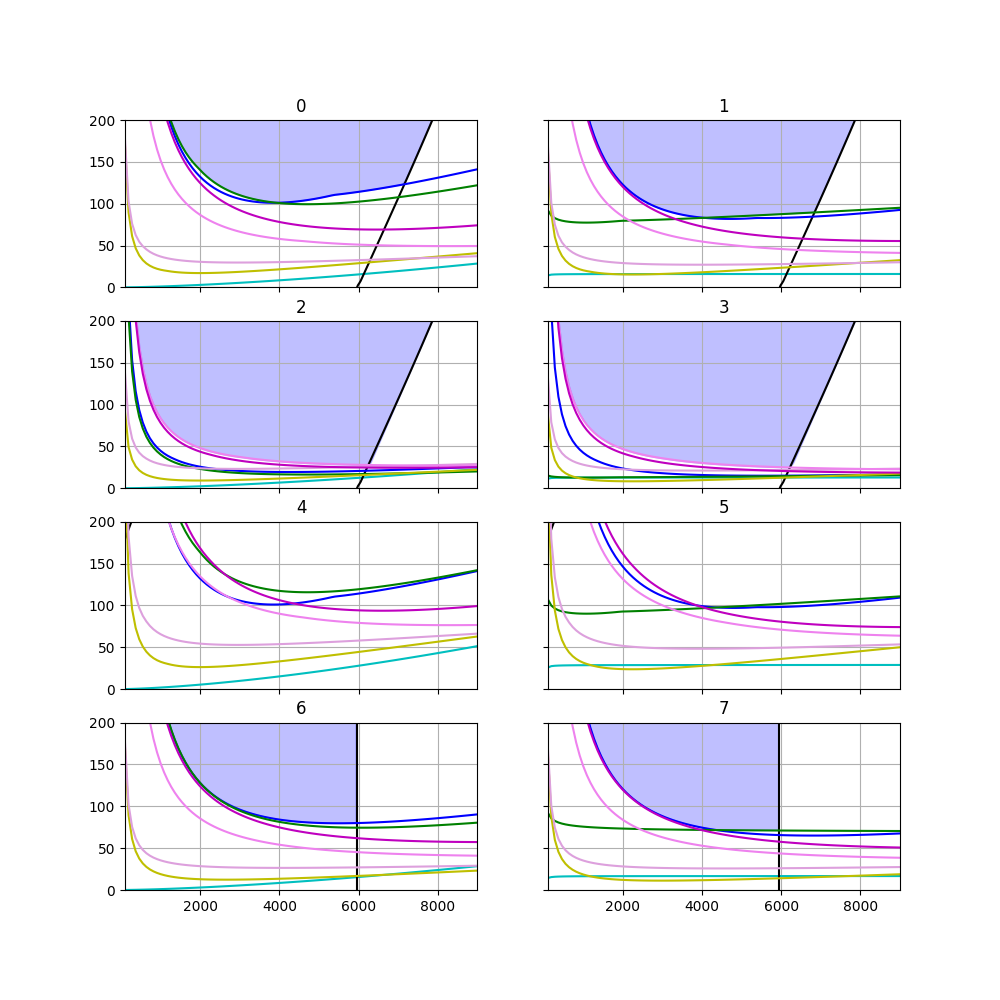
Repository: 12libao/DEA
Script's output: python Sizing_Method/ConstrainsAnalysis/ConstrainsAnalysisPDP1P2.py
The author's editor kept a copy of each file at every save. The script's output is drawn from the files as they stood at one save, then again after the next save.
Random numbers start from a fixed seed.

Above is the script's output before, as saved 2021-07-12 14:39:10.

### Sizing_Method/ConstrainsAnalysis/ConstrainsAnalysisPDP1P2.py
# author: Bao Li #
# Georgia Institute of Technology #
import sys
import os

sys.path.insert(0, os.getcwd())

import numpy as np
import matplotlib.pylab as plt
import Sizing_Method.Other.US_Standard_Atmosphere_1976 as atm
import Sizing_Method.Aerodynamics.ThrustLapse as thrust_lapse
import Sizing_Method.Aerodynamics.Aerodynamics as ad
import Sizing_Method.ConstrainsAnalysis.ConstrainsAnalysis as ca


"""
The unit use is IS standard
"""


class ConstrainsAnalysis_Mattingly_Method_with_DP_turbofun:
    """This is a power-based master constraints analysis"""

    def __init__(self, altitude, velocity, beta, wing_load, Hp=0.5, number_of_motor=12, C_DR=0):
        """

        :param beta: weight fraction
        :param Hp: P_motor/P_total
        :param n: number of motor
        :param K1: drag polar coefficient for 2nd order term
        :param K2: drag polar coefficient for 1st order term
        :param C_D0: the drag coefficient at zero lift
        :param C_DR: additional drag caused, for example, by external stores,
        braking parachutes or flaps, or temporary external hardware

        :return:
            power load: P_WTO
        """

        self.h = altitude
        self.v = velocity
        self.rho = atm.atmosphere(geometric_altitude=self.h).density()

        self.beta = beta
        self.hp = 1 - Hp
        self.n = number_of_motor

        # power lapse ratio
        self.alpha = thrust_lapse.thrust_lapse_calculation(altitude=self.h,
                                                           velocity=self.v).high_bypass_ratio_turbofan()

        self.k1 = ad.aerodynamics_without_pd(self.h, self.v).K1()
        self.k2 = ad.aerodynamics_without_pd(self.h, self.v).K2()
        self.cd0 = ad.aerodynamics_without_pd(self.h, self.v).CD_0()
        self.cdr = C_DR

        self.w_s = wing_load
        self.g0 = 9.80665

        self.coefficient = self.beta * self.v / self.alpha

        # Estimation of ΔCL and ΔCD
        pd = ad.aerodynamics_with_pd(
            self.h, self.v, Hp=self.hp, n=n, W_S=self.w_s)
        self.q = 0.5 * self.rho * self.v ** 2
        self.cl = self.beta * self.w_s / self.q
        # print(self.cl)
        self.delta_cl = pd.delta_lift_coefficient(self.cl)
        self.delta_cd0 = pd.delta_CD_0()

    def master_equation(self, n, dh_dt, dV_dt):
        cl = self.cl * n + self.delta_cl

        cd = self.k1 * cl ** 2 + self.k2 * cl + self.cd0 + self.cdr + self.delta_cd0
        p_w = self.coefficient * \
            (self.q / (self.beta * self.w_s) *
             cd + dh_dt / self.v + dV_dt / self.g0)
        return p_w

    def cruise(self):
        p_w = ConstrainsAnalysis_Mattingly_Method_with_DP_turbofun.master_equation(
            self, n=1, dh_dt=0, dV_dt=0)
        return p_w

    def climb(self, roc):
        p_w = ConstrainsAnalysis_Mattingly_Method_with_DP_turbofun.master_equation(
            self, n=1, dh_dt=roc, dV_dt=0)
        return p_w

    def level_turn(self, turn_rate=3, v=100):
        """
        assume 2 min for 360 degree turn, which is 3 degree/seconds
        assume turn at 300 knots, which is about 150 m/s
        """
        load_factor = (1 + ((turn_rate * np.pi / 180)
                       * v / self.g0) ** 2) ** 0.5
        p_w = ConstrainsAnalysis_Mattingly_Method_with_DP_turbofun.master_equation(
            self, n=load_factor, dh_dt=0, dV_dt=0)
        return p_w

    def take_off(self):
        """
        A320neo take-off speed is about 150 knots, which is about 75 m/s
        required runway length is about 2000 m
        K_TO is a constant greater than one set to 1.2 (generally specified by appropriate flying regulations)
        """
        Cl_max_to = 2.3  # 2.3
        K_TO = 1.2  # V_TO / V_stall
        s_G = 1266
        p_w = 2 / 3 * self.coefficient / self.v * self.beta * K_TO ** 2 / (
            s_G * self.rho * self.g0 * Cl_max_to) * self.w_s ** (
            3 / 2)
        return p_w

    def stall_speed(self, V_stall_to=65, Cl_max_to=2.3):
        V_stall_ld = 62

        Cl_max_ld = 2.87

        W_S_1 = 1 / 2 * self.rho * V_stall_to ** 2 * \
            (Cl_max_to + self.delta_cl)
        W_S_2 = 1 / 2 * self.rho * V_stall_ld ** 2 * \
            (Cl_max_ld + self.delta_cl)

        W_S = min(W_S_1, W_S_2)
        return W_S

    def service_ceiling(self, roc=0.5):
        p_w = ConstrainsAnalysis_Mattingly_Method_with_DP_turbofun.master_equation(
            self, n=1, dh_dt=roc, dV_dt=0)
        return p_w

    allFuncs = [take_off, stall_speed, cruise,
                service_ceiling, level_turn, climb]


class ConstrainsAnalysis_Mattingly_Method_with_DP_electric:
    """This is a power-based master constraints analysis

    the difference between turbofun and electric for constrains analysis:
    1. assume the thrust_lapse = 1 for electric propution
    2. hp = 1 - hp_turbofun
    """

    def __init__(self, altitude, velocity, beta, wing_load, Hp=0.5, number_of_motor=12, C_DR=0):
        """

        :param beta: weight fraction
        :param Hp: P_motor/P_total
        :param n: number of motor
        :param K1: drag polar coefficient for 2nd order term
        :param K2: drag polar coefficient for 1st order term
        :param C_D0: the drag coefficient at zero lift
        :param C_DR: additional drag caused, for example, by external stores,
        braking parachutes or flaps, or temporary external hardware

        :return:
            power load: P_WTO
        """

        self.h = altitude
        self.v = velocity
        self.rho = atm.atmosphere(geometric_altitude=self.h).density()

        self.beta = beta
        self.hp = Hp  # this is the difference part compare with turbofun
        self.n = number_of_motor

        # power lapse ratio
        self.alpha = 1  # this is the difference part compare with turbofun

        self.k1 = ad.aerodynamics_without_pd(self.h, self.v).K1()
        self.k2 = ad.aerodynamics_without_pd(self.h, self.v).K2()
        self.cd0 = ad.aerodynamics_without_pd(self.h, self.v).CD_0()
        self.cdr = C_DR

        self.w_s = wing_load
        self.g0 = 9.80665

        self.coefficient = self.beta * self.v / self.alpha

        # Estimation of ΔCL and ΔCD
        pd = ad.aerodynamics_with_pd(
            self.h, self.v, Hp=self.hp, n=n, W_S=self.w_s)
        self.q = 0.5 * self.rho * self.v ** 2
        self.cl = self.beta * self.w_s / self.q
        # print(self.cl)
        self.delta_cl = pd.delta_lift_coefficient(self.cl)
        self.delta_cd0 = pd.delta_CD_0()

    def master_equation(self, n, dh_dt, dV_dt):
        cl = self.cl * n + self.delta_cl

        cd = self.k1 * cl ** 2 + self.k2 * cl + self.cd0 + self.cdr + self.delta_cd0
        p_w = self.coefficient * \
            (self.q / (self.beta * self.w_s) *
             cd + dh_dt / self.v + dV_dt / self.g0)
        return p_w

    def cruise(self):
        p_w = ConstrainsAnalysis_Mattingly_Method_with_DP_electric.master_equation(
            self, n=1, dh_dt=0, dV_dt=0)
        return p_w

    def climb(self, roc):
        p_w = ConstrainsAnalysis_Mattingly_Method_with_DP_electric.master_equation(
            self, n=1, dh_dt=roc, dV_dt=0)
        return p_w

    def level_turn(self, turn_rate=3, v=100):
        """
        assume 2 min for 360 degree turn, which is 3 degree/seconds
        assume turn at 300 knots, which is about 150 m/s
        """
        load_factor = (1 + ((turn_rate * np.pi / 180)
                       * v / self.g0) ** 2) ** 0.5
        p_w = ConstrainsAnalysis_Mattingly_Method_with_DP_electric.master_equation(
            self, n=load_factor, dh_dt=0, dV_dt=0)
        return p_w

    def take_off(self):
        """
        A320neo take-off speed is about 150 knots, which is about 75 m/s
        required runway length is about 2000 m
        K_TO is a constant greater than one set to 1.2 (generally specified by appropriate flying regulations)
        """
        Cl_max_to = 2.3  # 2.3
        K_TO = 1.2  # V_TO / V_stall
        s_G = 1266
        p_w = 2 / 3 * self.coefficient / self.v * self.beta * K_TO ** 2 / (
            s_G * self.rho * self.g0 * Cl_max_to) * self.w_s ** (
            3 / 2)
        return p_w

    def stall_speed(self, V_stall_to=65, Cl_max_to=2.3):
        V_stall_ld = 62

        Cl_max_ld = 2.87

        W_S_1 = 1 / 2 * self.rho * V_stall_to ** 2 * \
            (Cl_max_to + self.delta_cl)
        W_S_2 = 1 / 2 * self.rho * V_stall_ld ** 2 * \
            (Cl_max_ld + self.delta_cl)

        W_S = min(W_S_1, W_S_2)
        return W_S

    def service_ceiling(self, roc=0.5):
        p_w = ConstrainsAnalysis_Mattingly_Method_with_DP_electric.master_equation(
            self, n=1, dh_dt=roc, dV_dt=0)
        return p_w

    allFuncs = [take_off, stall_speed, cruise,
                service_ceiling, level_turn, climb]


class ConstrainsAnalysis_Gudmundsson_Method_with_DP_turbofun:
    """This is a power-based master constraints analysis based on Gudmundsson_method"""

    def __init__(self, altitude, velocity, beta, wing_load, Hp=0.5, number_of_motor=12, e=0.75, AR=10.3):
        """

        :param beta: weight fraction
        :param e: wing planform efficiency factor is between 0.75 and 0.85, no more than 1
        :param AR: wing aspect ratio, normally between 7 and 10

        :return:
            power load: P_WTO
        """

        self.h = altitude
        self.v = velocity
        self.beta = beta
        self.w_s = wing_load
        self.g0 = 9.80665

        self.beta = beta
        self.hp = 1 - Hp
        self.n = number_of_motor

        self.rho = atm.atmosphere(geometric_altitude=self.h).density()

        # power lapse ratio
        self.alpha = thrust_lapse.thrust_lapse_calculation(altitude=self.h,
                                                           velocity=self.v).high_bypass_ratio_turbofan()
        h = 2.43  # height of winglets
        b = 35.8
        # equation 9-88, If the wing has winglets the aspect ratio should be corrected
        ar_corr = AR * (1 + 1.9 * h / b)
        self.k = 1 / (np.pi * ar_corr * e)
        self.coefficient = self.beta * self.v / self.alpha

        # Estimation of ΔCL and ΔCD
        pd = ad.aerodynamics_with_pd(
            self.h, self.v, Hp=self.hp, n=n, W_S=self.w_s)
        self.q = 0.5 * self.rho * self.v ** 2
        cl = self.beta * self.w_s / self.q
        self.delta_cl = pd.delta_lift_coefficient(cl)
        self.delta_cd0 = pd.delta_CD_0()

        # TABLE 3-1 Typical Aerodynamic Characteristics of Selected Classes of Aircraft
        cd_min = 0.02
        cd_to = 0.03
        cl_to = 0.8

        self.v_to = 68
        self.s_g = 1480
        self.mu = 0.04

        self.cd_min = cd_min + self.delta_cd0
        self.cl = cl + self.delta_cl

        self.cd_to = cd_to + self.delta_cd0
        self.cl_to = cl_to + self.delta_cl

    def cruise(self):
        p_w = self.q / self.w_s * (self.cd_min + self.k * self.cl ** 2)
        return p_w * self.coefficient

    def climb(self, roc):
        p_w = roc / self.v + self.q * self.cd_min / self.w_s + self.k * self.cl
        return p_w * self.coefficient

    def level_turn(self, turn_rate=3, v=100):
        """
        assume 2 min for 360 degree turn, which is 3 degree/seconds
        assume turn at 100 m/s
        """
        load_factor = (1 + ((turn_rate * np.pi / 180)
                       * v / self.g0) ** 2) ** 0.5
        q = 0.5 * self.rho * v ** 2
        p_w = q / self.w_s * (self.cd_min + self.k *
                              (load_factor / q * self.w_s + self.delta_cl) ** 2)
        return p_w * self.coefficient

    def take_off(self):
        q = self.q / 2
        p_w = self.v_to ** 2 / (2 * self.g0 * self.s_g) + q * self.cd_to / self.w_s + self.mu * (
            1 - q * self.cl_to / self.w_s)
        return p_w * self.coefficient

    def service_ceiling(self, roc=0.5):
        vy = (2 / self.rho * self.w_s *
              (self.k / (3 * self.cd_min)) ** 0.5) ** 0.5
        q = 0.5 * self.rho * vy ** 2
        p_w = roc / vy + q / self.w_s * \
            (self.cd_min + self.k * (self.w_s / q + self.delta_cl) ** 2)
        # p_w = roc / (2 / self.rho * self.w_s * (self.k / (3 * self.cd_min)) ** 0.5) ** 0.5 + 4 * (
        #         self.k * self.cd_min / 3) ** 0.5
        return p_w * self.coefficient

    def stall_speed(self, V_stall_to=65, Cl_max_to=2.3):
        V_stall_ld = 62

        Cl_max_ld = 2.87

        W_S_1 = 1 / 2 * self.rho * V_stall_to ** 2 * \
            (Cl_max_to + self.delta_cl)
        W_S_2 = 1 / 2 * self.rho * V_stall_ld ** 2 * \
            (Cl_max_ld + self.delta_cl)

        W_S = min(W_S_1, W_S_2)
        return W_S

    allFuncs = [take_off, stall_speed, cruise,
                service_ceiling, level_turn, climb]


class ConstrainsAnalysis_Gudmundsson_Method_with_DP_electric:
    """This is a power-based master constraints analysis based on Gudmundsson_method

    the difference between turbofun and electric for constrains analysis:
    1. assume the thrust_lapse = 1 for electric propution
    2. hp = 1 - hp_turbofun
    """

    def __init__(self, altitude, velocity, beta, wing_load, Hp=0.5, number_of_motor=12, e=0.75, AR=10.3):
        """

        :param beta: weight fraction
        :param e: wing planform efficiency factor is between 0.75 and 0.85, no more than 1
        :param AR: wing aspect ratio, normally between 7 and 10

        :return:
            power load: P_WTO
        """

        self.h = altitude
        self.v = velocity
        self.beta = beta
        self.w_s = wing_load
        self.g0 = 9.80665

        self.beta = beta
        self.hp = Hp  # this is the difference part compare with turbofun
        self.n = number_of_motor

        self.rho = atm.atmosphere(geometric_altitude=self.h).density()

        # power lapse ratio
        self.alpha = 1  # this is the difference part compare with turbofun

        h = 2.43  # height of winglets
        b = 35.8
        # equation 9-88, If the wing has winglets the aspect ratio should be corrected
        ar_corr = AR * (1 + 1.9 * h / b)
        self.k = 1 / (np.pi * ar_corr * e)
        self.coefficient = self.beta * self.v / self.alpha

        # Estimation of ΔCL and ΔCD
        pd = ad.aerodynamics_with_pd(
            self.h, self.v, Hp=self.hp, n=n, W_S=self.w_s)
        self.q = 0.5 * self.rho * self.v ** 2
        cl = self.beta * self.w_s / self.q
        self.delta_cl = pd.delta_lift_coefficient(cl)
        self.delta_cd0 = pd.delta_CD_0()

        # TABLE 3-1 Typical Aerodynamic Characteristics of Selected Classes of Aircraft
        cd_min = 0.02
        cd_to = 0.03
        cl_to = 0.8

        self.v_to = 68
        self.s_g = 1480
        self.mu = 0.04

        self.cd_min = cd_min + self.delta_cd0
        self.cl = cl + self.delta_cl

        self.cd_to = cd_to + self.delta_cd0
        self.cl_to = cl_to + self.delta_cl

    def cruise(self):
        p_w = self.q / self.w_s * (self.cd_min + self.k * self.cl ** 2)
        return p_w * self.coefficient

    def climb(self, roc):
        p_w = roc / self.v + self.q * self.cd_min / self.w_s + self.k * self.cl
        return p_w * self.coefficient

    def level_turn(self, turn_rate=3, v=100):
        """
        assume 2 min for 360 degree turn, which is 3 degree/seconds
        assume turn at 100 m/s
        """
        load_factor = (1 + ((turn_rate * np.pi / 180)
                       * v / self.g0) ** 2) ** 0.5
        q = 0.5 * self.rho * v ** 2
        p_w = q / self.w_s * (self.cd_min + self.k *
                              (load_factor / q * self.w_s + self.delta_cl) ** 2)
        return p_w * self.coefficient

    def take_off(self):
        q = self.q / 2
        p_w = self.v_to ** 2 / (2 * self.g0 * self.s_g) + q * self.cd_to / self.w_s + self.mu * (
            1 - q * self.cl_to / self.w_s)
        return p_w * self.coefficient

    def service_ceiling(self, roc=0.5):
        vy = (2 / self.rho * self.w_s *
              (self.k / (3 * self.cd_min)) ** 0.5) ** 0.5
        q = 0.5 * self.rho * vy ** 2
        p_w = roc / vy + q / self.w_s * \
            (self.cd_min + self.k * (self.w_s / q + self.delta_cl) ** 2)
        # p_w = roc / (2 / self.rho * self.w_s * (self.k / (3 * self.cd_min)) ** 0.5) ** 0.5 + 4 * (
        #         self.k * self.cd_min / 3) ** 0.5
        return p_w * self.coefficient

    def stall_speed(self, V_stall_to=65, Cl_max_to=2.3):
        V_stall_ld = 62

        Cl_max_ld = 2.87

        W_S_1 = 1 / 2 * self.rho * V_stall_to ** 2 * \
            (Cl_max_to + self.delta_cl)
        W_S_2 = 1 / 2 * self.rho * V_stall_ld ** 2 * \
            (Cl_max_ld + self.delta_cl)

        W_S = min(W_S_1, W_S_2)
        return W_S

    allFuncs = [take_off, stall_speed, cruise,
                service_ceiling, level_turn, climb]

if __name__ == "__main__":
    n = 100
    w_s = np.linspace(100, 9000, n)
    constrains_name = ['take off', 'stall speed', 'cruise', 'service ceiling', 'level turn @3000m',
                       'climb @S-L', 'climb @3000m', 'climb @7000m']
    constrains = np.array([[0, 68, 0.988, 0.5], [0, 80, 1, 0.5], [11300, 230, 0.948, 0.8],
                           [11900, 230, 0.78, 0.5], [3000, 100, 0.984, 0.8], [0, 100, 0.984, 0.5],
                           [3000, 200, 0.975, 0.6], [7000, 230, 0.96, 0.8]])
    color = ['c', 'k', 'b', 'g', 'y', 'plum', 'violet', 'm']
    label = ['feasible region with PD', 'feasible region with PD', 'feasible region Gudmundsson',
             'feasible region without PD', 'feasible region without PD', 'feasible region Mattingly']
    methods = [ConstrainsAnalysis_Mattingly_Method_with_DP_turbofun,
               ConstrainsAnalysis_Gudmundsson_Method_with_DP_turbofun,
               ConstrainsAnalysis_Mattingly_Method_with_DP_electric,
               ConstrainsAnalysis_Gudmundsson_Method_with_DP_electric,
               ca.ConstrainsAnalysis_Mattingly_Method,
               ca.ConstrainsAnalysis_Gudmundsson_Method,
               ca.ConstrainsAnalysis_Mattingly_Method,
               ca.ConstrainsAnalysis_Gudmundsson_Method]
    subtitle = ["0", "1",'2','3','4','5','6','7']
    m = constrains.shape[0]
    p_w = np.zeros([m, n, 8])

    # plots
    fig, ax = plt.subplots(4, 2, sharex=True, sharey=True, figsize=(10, 10))
    ax = ax.flatten()
    for k in range(8):
        for i in range(m):
            for j in range(n):
                h = constrains[i, 0]
                v = constrains[i, 1]
                beta = constrains[i, 2]
                hp = constrains[i, 3]

                # calculate p_w
                if k < 4:
                    problem = methods[k](h, v, beta, w_s[j], hp)
                    if i >= 5:
                        p_w[i, j, k] = problem.allFuncs[-1](problem, roc=15 - 5 * (i - 5))
                    else:
                        p_w[i, j, k] = problem.allFuncs[i](problem)
                elif k > 5:
                    problem = methods[k](h, v, beta, w_s[j])
                    if i >= 5:
                        p_w[i, j, k] = problem.allFuncs[-1](problem, roc=15 - 5 * (i - 5))
                    else:
                        p_w[i, j, k] = problem.allFuncs[i](problem)
                elif k == 4:
                    if i == 2:
                        p_w[i, j, 4] = p_w[i, j, 0]
                    else:
                        p_w[i, j, 4] = p_w[i, j, 0] + p_w[i, j, 2]
                else:
                    p_w[i, j, 5] = p_w[i, j, 1] + p_w[i, j, 3]

            if i == 1:
                ax[k].plot(p_w[i, :, k], np.linspace(0, 250, n), color=color[i], label=constrains_name[i])
            else:
                ax[k].plot(w_s, p_w[i, :, k], color=color[i], label=constrains_name[i])
        p_w[1, :, k] = 200 / (p_w[1, -1, k] - p_w[1, 20, k]) * (w_s - p_w[1, 2, k])
        ax[k].fill_between(w_s, np.amax(p_w[0:m - 1, :, k], axis=0), 200, color='b', alpha=0.25)

        # plt.xlabel('Wing Load: $W_{TO}$/S (N/${m^2}$)')
        # plt.ylabel('Power-to-Load: $P_{SL}$/$W_{TO}$ (W/N)')
        # ax[k].legend(bbox_to_anchor=(1.002, 1), loc="upper left")
        # plt.gca().add_artist(l1)
        ax[k].set_xlim(100, 9000)
        ax[k].set_ylim(0, 200)
        # plt.tight_layout()
        ax[k].set_title(subtitle[k])
        ax[k].grid()
    plt.show()

### Sizing_Method/Aerodynamics/ThrustLapse.py
# author: Bao Li #
# Georgia Institute of Technology #
"""reference

1. Mattingly, Jack D., William H. Heiser, and David T. Pratt. Aircraft engine design. American Institute of Aeronautics and Astronautics, 2002.
"""
import sys
import os

sys.path.insert(0, os.getcwd())

import numpy as np
import matplotlib.pylab as plt
import Sizing_Method.Other.US_Standard_Atmosphere_1976 as atm
import Sizing_Method.Aerodynamics.MachNmuber as Mach


class thrust_lapse_calculation:
    """Estimation for installation losses

    1. The following algebraic equations for installed engine thrust lapse
        are based on the expected performance of advanced engines
    """

    def __init__(self, altitude, velocity):
        """

        :input h (m): altitude
               v (m/s): velocity


        :output thrust_lapse (alpha): thrust lapse ratio
        """

        self.h = altitude
        self.v = velocity

        self.gamma = 1.4  # Ratio of Specific Heats: atmospheric air ( gamma = 1.4)
        self.atoms = atm.atmosphere(self.h)
        self.M = Mach.mach(self.h, self.v).mach_number()

        self.theta = self.atoms.dimensionless_static_temperature()  # dimensionless static temperature
        self.delta = self.atoms.dimensionless_static_pressure()  # dimensionless static pressure

        self.theta_0_break = 1.072  # The Theta Break: assume = 1.0 (from reference 1: Mattingly)
        self.TR = self.theta_0_break  # The Throttle Ratio (from Equation D.6 reference 1: Mattingly)

        self.theta_0 = self.theta * (1 + 0.5 * (self.gamma - 1) * self.M ** 2)
        self.delta_0 = self.delta * (1 + 0.5 * (self.gamma - 1) * self.M ** 2) ** (self.gamma / (self.gamma - 1))

    def high_bypass_ratio_turbofan(self):
        """the engine for A320neo is a high bypass ratio turbofan

        from Equation 2.53 reference 1: Mattingly
        """

        if self.theta_0 <= self.TR:
            thrust_lapse = self.delta_0 * (1 - 0.49 * self.M ** 0.5)
        else:
            thrust_lapse = self.delta_0 * (1 - 0.49 * self.M ** 0.5 - 3 * (self.theta_0 - self.TR) / (1.5 + self.M))

        return thrust_lapse


if __name__ == '__main__':
    nn = 100
    h = [0, 500, 3000, 6000, 9000, 12000]
    v = np.linspace(0, 340, nn)
    m = np.zeros([len(h), nn])
    thrust_lapse = np.zeros([len(h), nn])

    for i in range(len(h)):
        for j in range(nn):
            m[i, j] = Mach.mach(h[i], v[j]).mach_number()
            thrust_lapse[i, j] = thrust_lapse_calculation(h[i], v[j]).high_bypass_ratio_turbofan()

    plt.figure(figsize=(8, 6))

    for i in range(len(h)):
        plt.plot(m[i, :], thrust_lapse[i, :], label=h[i])

    plt.xlabel('Mach Number')
    plt.ylabel('Thrust Ratio, T/$T_{SL}$')
    plt.title('High Bypass Turbofan Thrust Ratio versus Mach Number \n'
              'Throttle Ratio = 1.072, ISA. \n'
              'Altitude unit: meter')
    plt.xlim(0, 1)
    plt.ylim(0, 1.2)
    plt.legend(loc=0)
    plt.grid()
    plt.show()

### Sizing_Method/Aerodynamics/MachNmuber.py
# author: Bao Li #
# Georgia Institute of Technology #
import sys
import os

sys.path.insert(0, os.getcwd())

import numpy as np
import matplotlib.pylab as plt
import Sizing_Method.Other.US_Standard_Atmosphere_1976 as atm


class mach:
    """Mach Number"""

    def __init__(self, altitude, velocity):
        """

        :input h (m): altitude
               v (m/s): velocity

        :output a: Mach number
        """
        self.h = altitude
        self.v = velocity
        self.atoms = atm.atmosphere(self.h)

    def mach_number(self):
        a = self.v / self.atoms.sound_speed()
        return a

Loaded but not shown: Sizing_Method/ConstrainsAnalysis/ConstrainsAnalysis.py (274 lines, source omitted); Sizing_Method/Aerodynamics/Aerodynamics.py (174 lines, source omitted); Sizing_Method/Other/US_Standard_Atmosphere_1976.py (166 lines, source omitted)

After the next save:
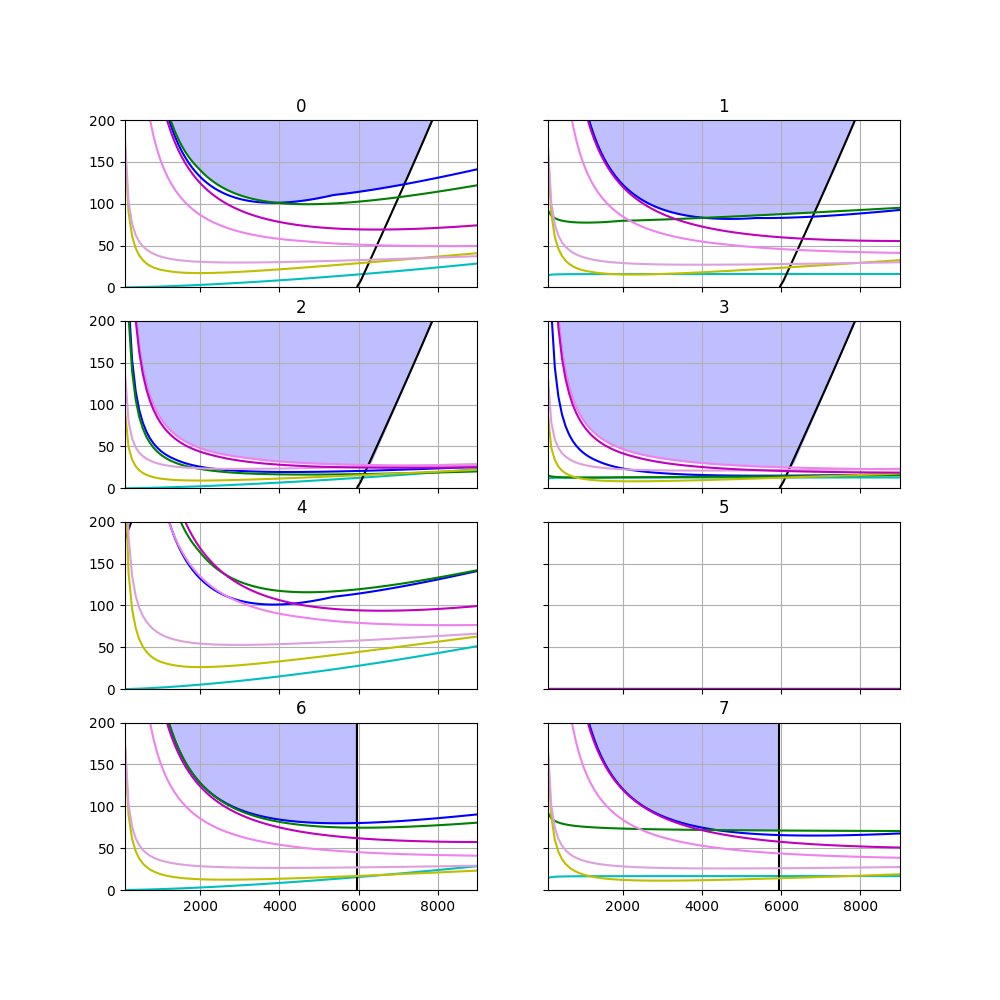
Saved 9 s later.
--- a/Sizing_Method/ConstrainsAnalysis/ConstrainsAnalysisPDP1P2.py
+++ b/Sizing_Method/ConstrainsAnalysis/ConstrainsAnalysisPDP1P2.py
@@ -535,7 +535,10 @@ if __name__ == "__main__":
                     else:
                         p_w[i, j, 4] = p_w[i, j, 0] + p_w[i, j, 2]
                 else:
-                    p_w[i, j, 5] = p_w[i, j, 1] + p_w[i, j, 3]
+                    if i == 2:
+                        p_w[i, j, 4] = p_w[i, j, 0]
+                    else:
+                        p_w[i, j, 4] = p_w[i, j, 0] + p_w[i, j, 2]
 
             if i == 1:
                 ax[k].plot(p_w[i, :, k], np.linspace(0, 250, n), color=color[i], label=constrains_name[i])
